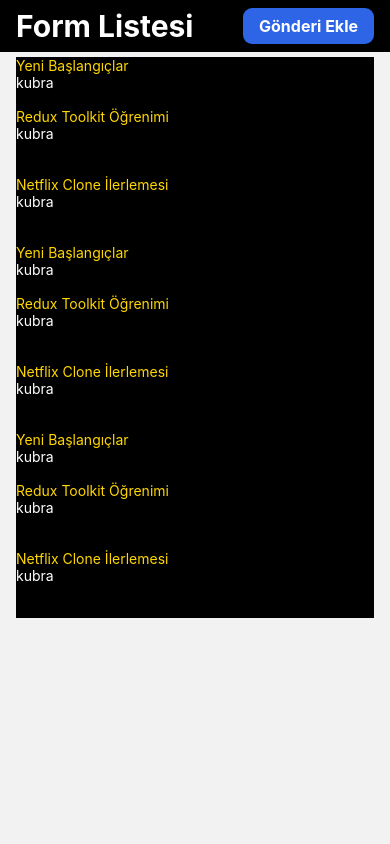
Repository: Kubraaygun/FirebaseRN
Screen: /
An editor plug-in stored every save of this project. The screen is shown before and after the next save, followed by the edit.
The app was drawn by React Native's web renderer in a window 390 px wide. The project was rebuilt for these pictures with package versions that can differ from the ones it lists, and the page was loaded fresh each time. Requests to the local data server were answered from the project's data file. Also part of the build but not shown: src/screens/AddPost/AddPostView.jsx, src/screens/AddPost/AddPostController.jsx.

Above is the screen before, as saved 2025-01-20 20:33:30.

After the next save:
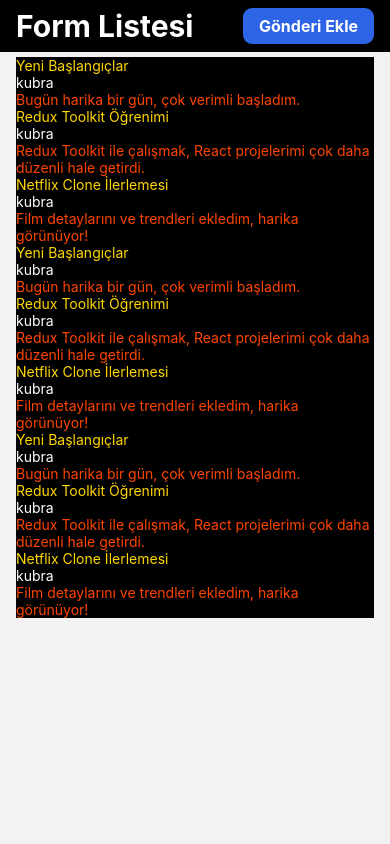
Saved 14 s later.
--- a/src/screens/ListPost/ListPostView.jsx
+++ b/src/screens/ListPost/ListPostView.jsx
@@ -37,4 +37,7 @@ const styles = StyleSheet.create({
   user: {
     color: 'white',
   },
+  text: {
+    color: 'orangered',
+  },
 });
